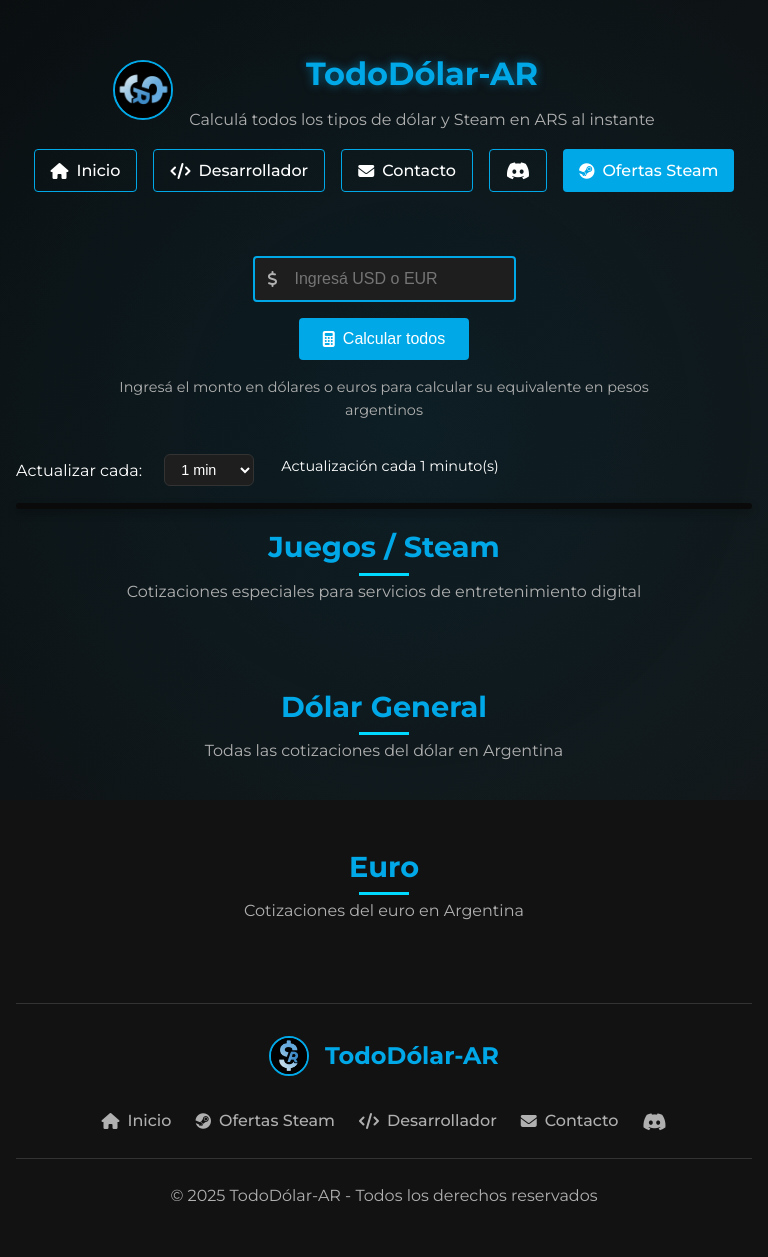
Repository: FabriDevelope/todod-lar-ar
Page: inicio/index.html
An editor plug-in stored every save of this project. The page is shown before and after the next save, followed by the edit.
The browser window is 768 px wide. The pictures show the whole page.
The page's requests for data from a server got no answer.

Above is the page before, as saved 2025-09-06 23:03:51.

After the next save:
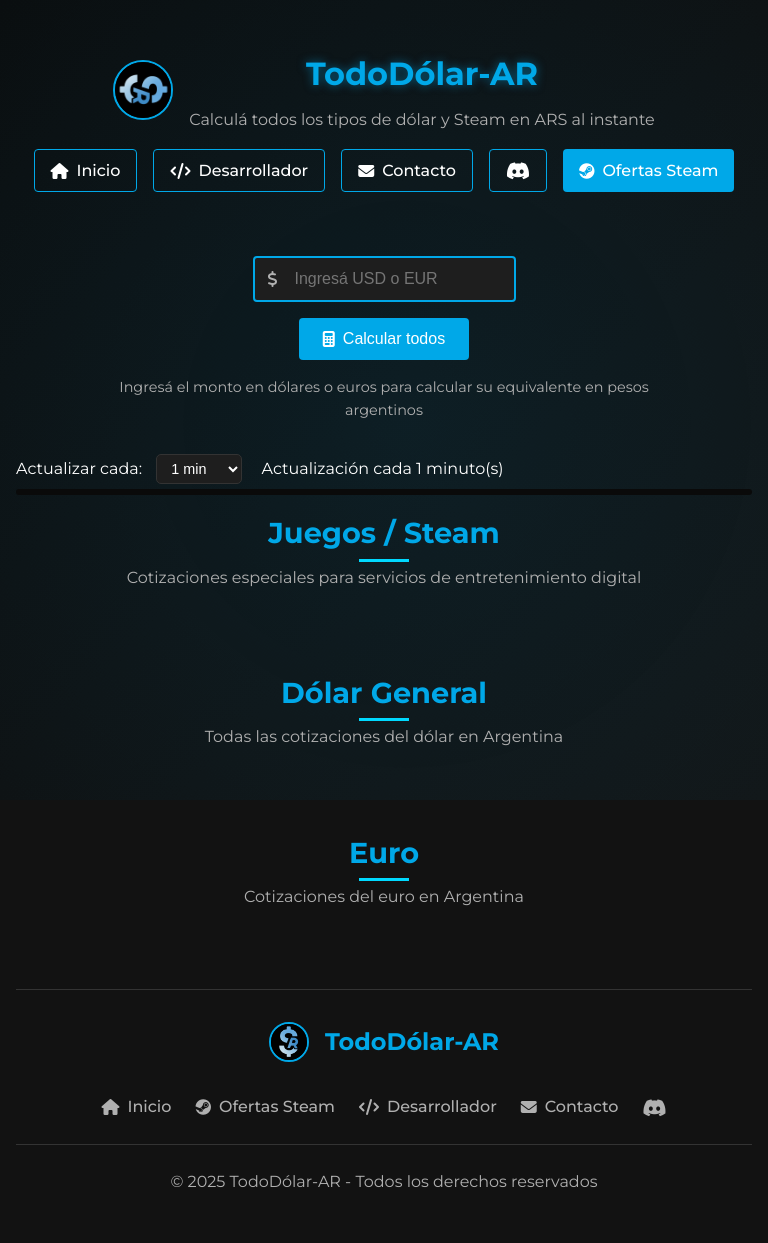
Saved 90 s later.
--- a/css/style.css
+++ b/css/style.css
@@ -764,66 +764,25 @@
         flex-direction: column;
     }
 
-    /* Barra de progreso de actualización */
-#update-bar-container {
-    width: 100%;
-    height: 6px;
-    background-color: var(--darker-bg);
-    border-radius: 3px;
-    overflow: hidden;
-    margin-top: 10px;
-    box-shadow: var(--shadow);
-}
-
-#update-bar {
-    height: 100%;
-    width: 0%;
-    background: linear-gradient(90deg, var(--accent-color), var(--primary-color));
-    transition: width 0.1s linear;
-}
-
-/* Texto del tiempo de actualización */
-#update-text {
+#update-interval-select {
+    background: var(--card-bg);
+    color: var(--light-text);
+    border: 1px solid var(--border-color);
+    padding: 5px 10px;
+    border-radius: 5px;
     font-size: 0.9rem;
-    color: var(--medium-text);
-    margin-bottom: 8px;
-}
-
-/* Dropdown selector de intervalo */
-#update-interval-select {
-    background-color: var(--card-bg);
-    color: var(--light-text);
-    border: 1px solid var(--border-color);
-    padding: 6px 12px;
-    border-radius: 6px;
+    transition: var(--transition);
+}
+
+#update-interval-select:hover {
+    border-color: var(--accent-color);
+}
+
+#update-interval-select:focus {
     outline: none;
-    font-size: 0.9rem;
-    cursor: pointer;
-    transition: var(--transition);
-}
-
-#update-interval-select:hover {
-    box-shadow: var(--hover-shadow);
-}
-
-#update-interval-select:focus {
     border-color: var(--accent-color);
-    box-shadow: 0 0 8px var(--accent-color);
-}
-
-/* Opciones del dropdown */
-#update-interval-select option {
-    background-color: var(--card-bg);
-    color: var(--light-text);
-}
-
-/* Ajustes generales para el contenedor de actualización */
-#update-container {
-    display: flex;
-    align-items: center;
-    gap: 12px;
-    flex-wrap: wrap;
-    margin-bottom: 12px;
-}
-
-}
+    box-shadow: 0 0 5px var(--accent-color);
+}
+
+
+}
